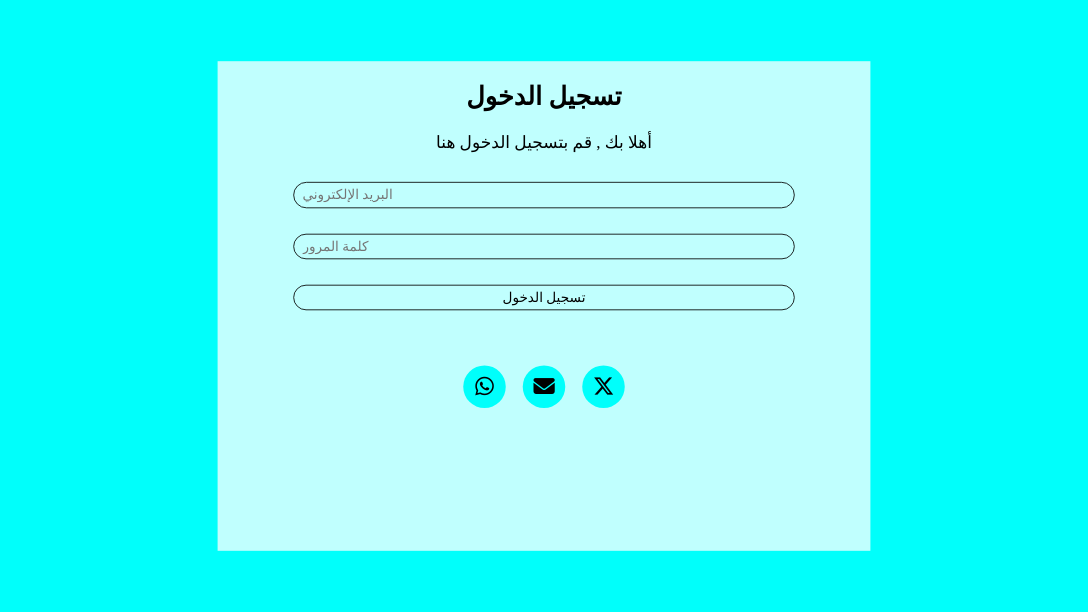
Repository: FaisalFahed/login-page
Page: html/صفحة تسجيل دخول.html
An editor plug-in stored every save of this project. The page is shown before and after a run of saves, followed by the edit.
The browser window is 1280 px wide. The pictures show the whole page, at 85% of full size.
Some web fonts or font styles are not loaded; a fallback is used.

Above is the page before, as saved 2025-04-01 08:51:14.

After the next 3 saves:
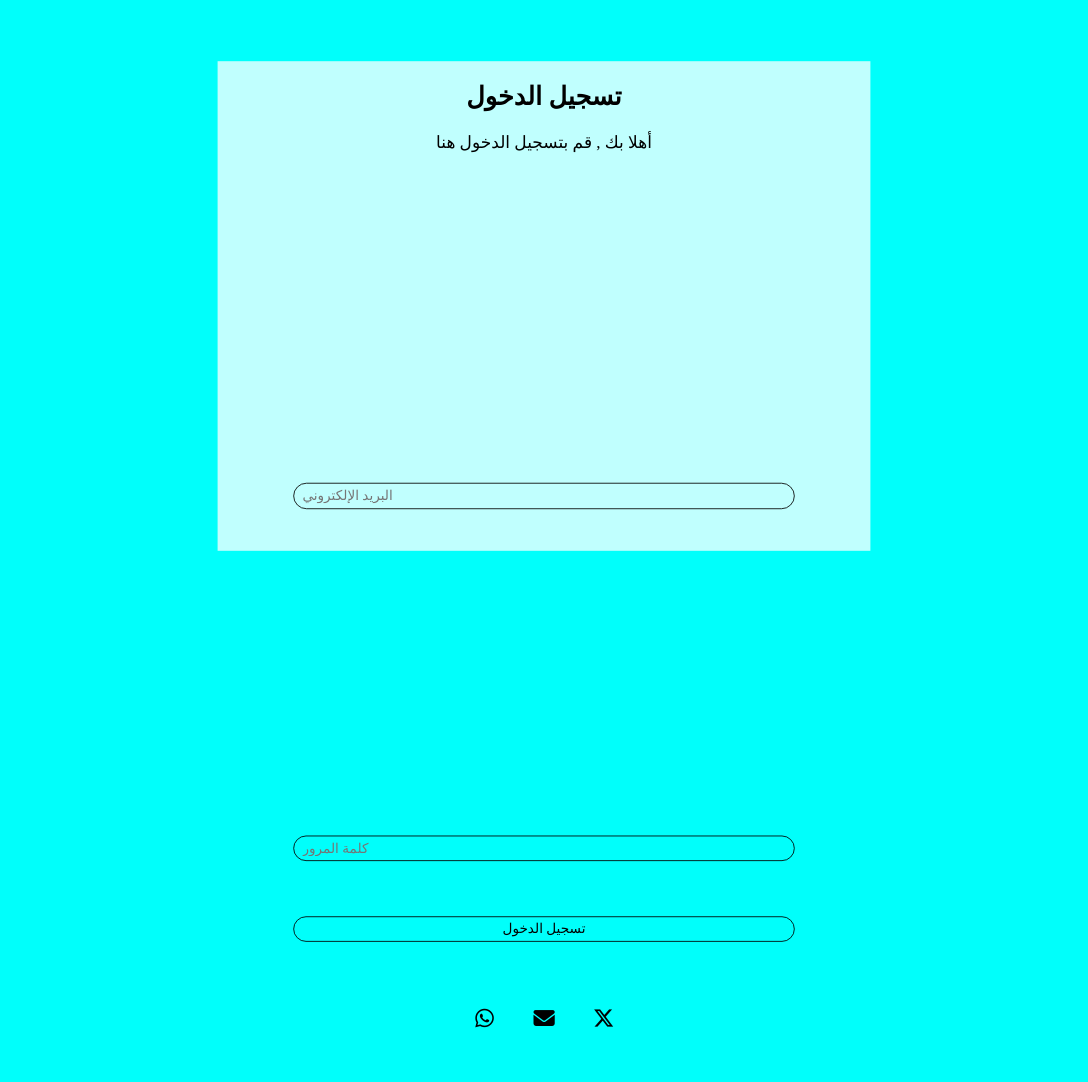
The 3 saves are shown as one change because they came seconds apart.
The last was saved 11 s later.
--- a/css/صفحة تسجيل دخول.css
+++ b/css/صفحة تسجيل دخول.css
@@ -67,7 +67,9 @@ ul{
     width: 80%;
 }
 
-.log-in input:not(:last-child)
+.log-in input:not(:last-child){
+    margin-top: 50%;
+}
 .log-in input[type="submit"]{
 
     margin-top: 50px;
